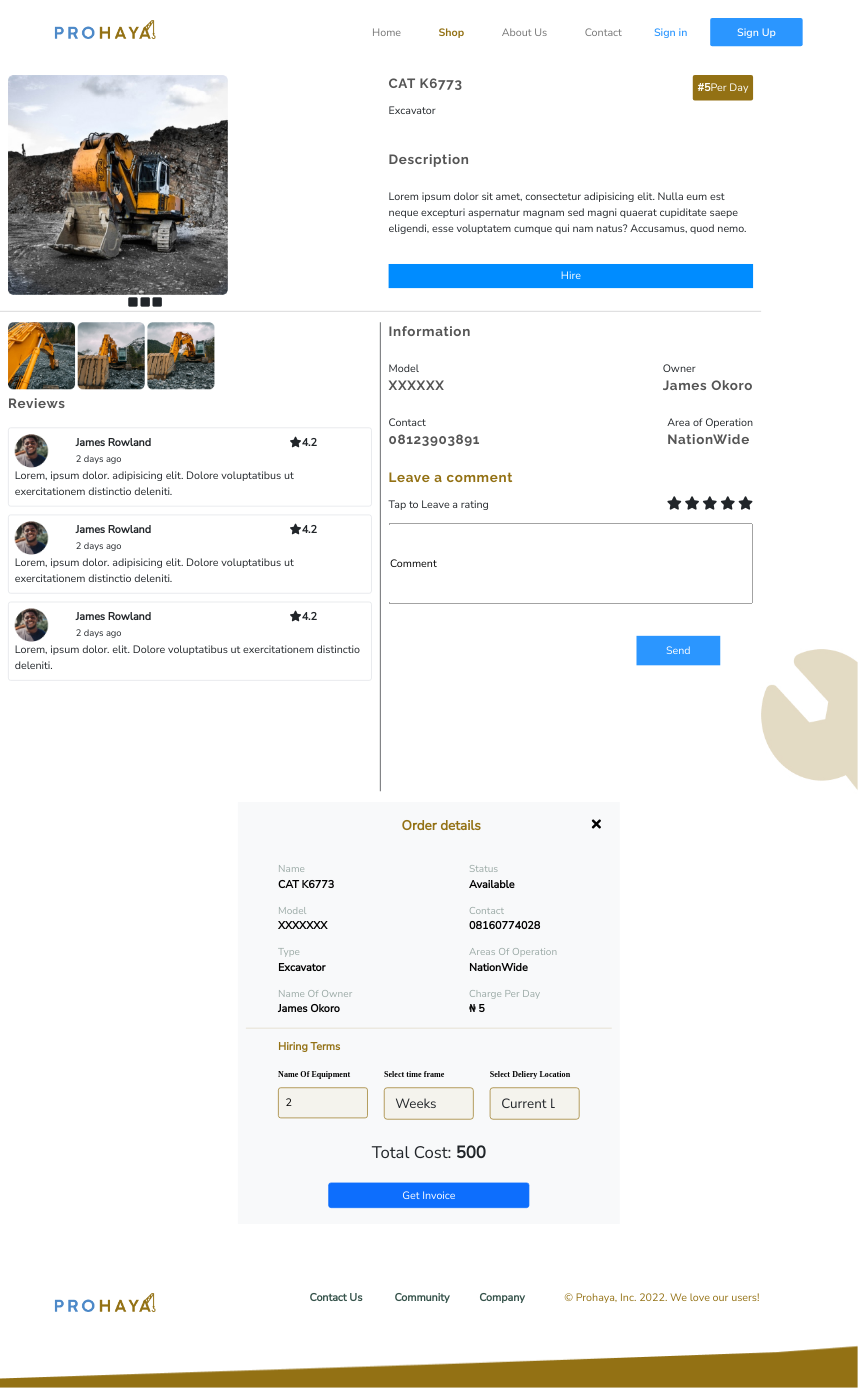
Repository: stormcelltech/Prohaya-UI
Page: equipdetails.html
An editor plug-in stored every save of this project. The page is shown before and after the next save, followed by the edit.
The browser window is 1280 px wide. The pictures show the whole page, at 67% of full size.
Some web libraries are served in a nearby version.

Above is the page before, as saved 2022-04-21 04:20:46.
Console error: TypeError: $(...).owlCarousel is not a function

After the next save:
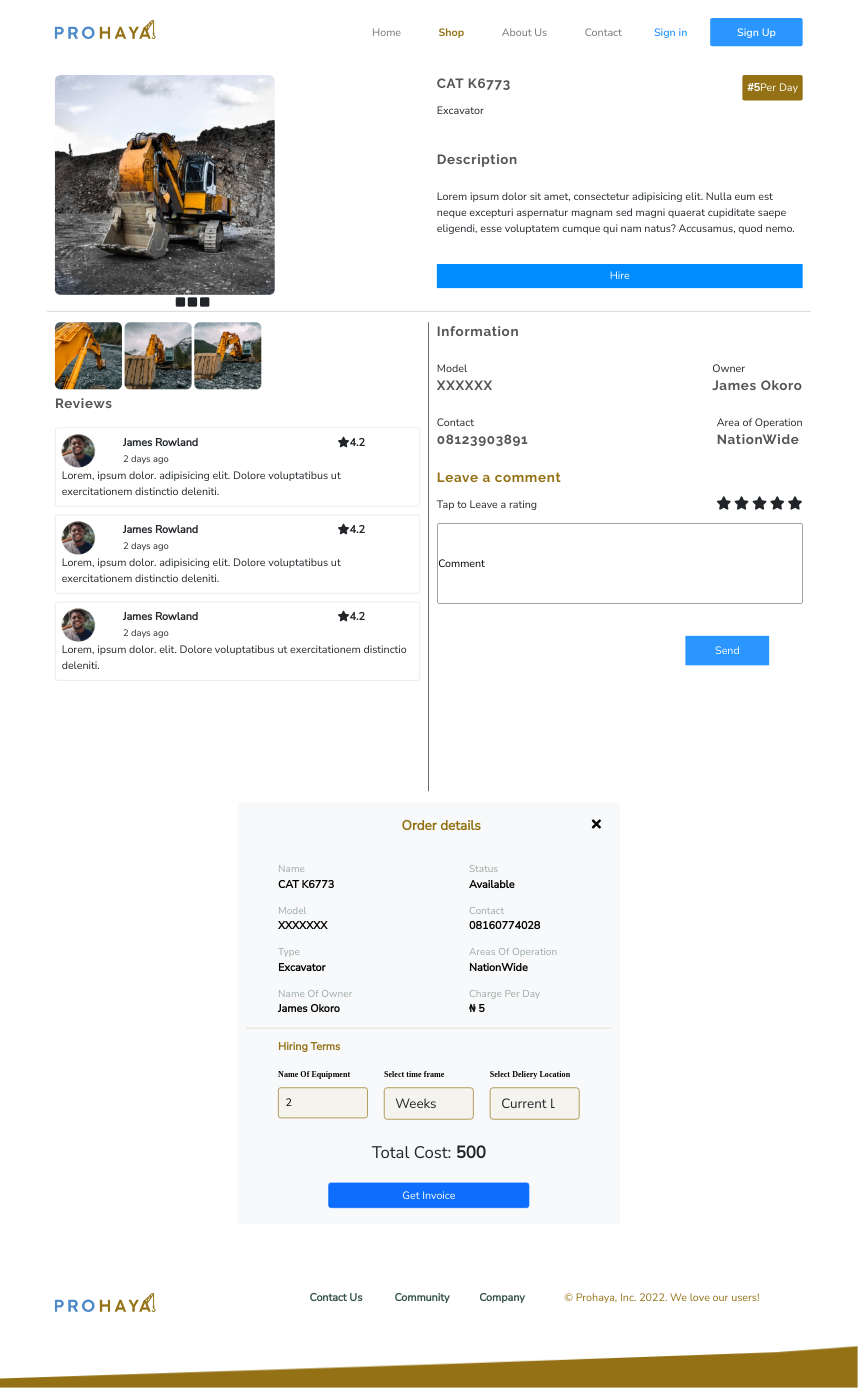
Saved 2 min 21 s later.
--- a/equipdetails.html
+++ b/equipdetails.html
@@ -160,9 +160,9 @@
 
               </div>
 
-                <div class="spa"> <!--col col-md-2 col-sm-12ss-->
+                <!-- <div class="spa">
                     <img src="./assets/img/background/Vector.jpg" alt="">
-                </div>
+                </div> -->
            </div>
         </div>
 
